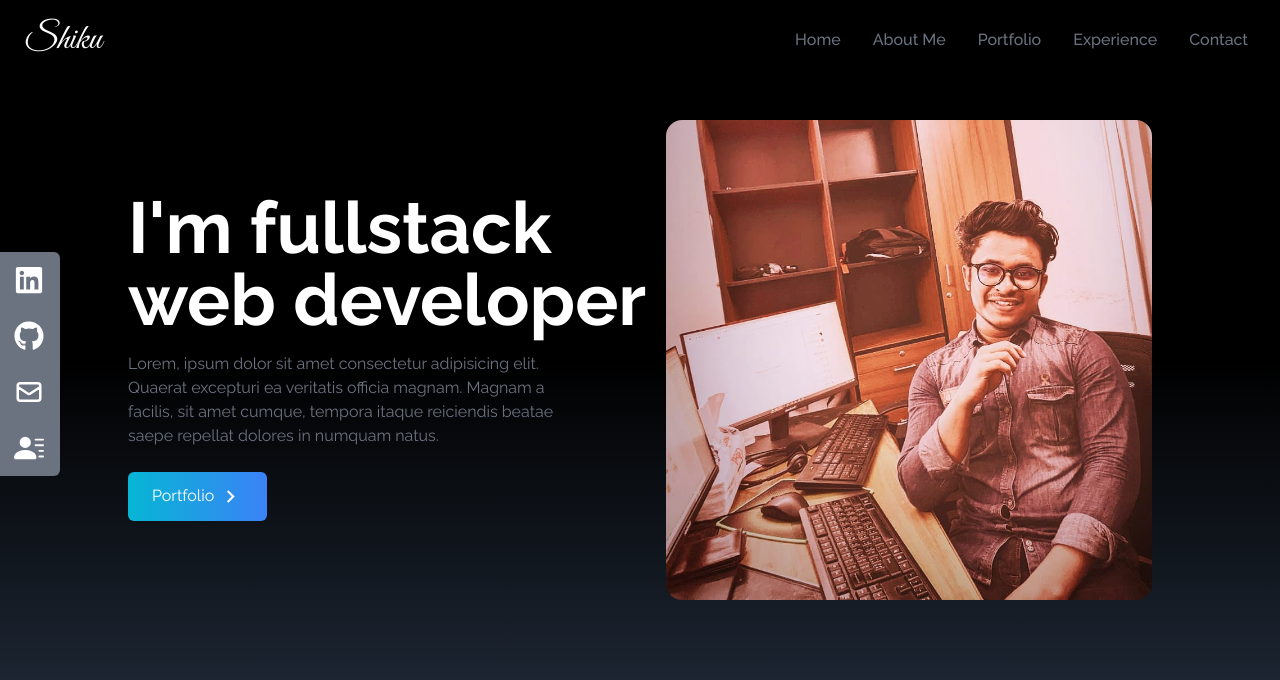
Repository: shikubro90/portfolio2
Page: /
These files come from the project's save history. The page is drawn as it stood at one moment and after a run of saves; the edit follows.
The browser window is 1280 px wide. The pictures show the whole page.
The project was rebuilt for these pictures with package versions that can differ from the ones it lists, and the page was loaded fresh each time. Imported but missing from the stored project, and not drawn on this page: src/assets/CV.pdf.

Above is the page before, as saved 2022-08-25 15:11:32.

### src/index.css
@import url('https://fonts.googleapis.com/css2?family=Raleway:ital,wght@0,200;0,300;0,400;0,500;0,600;0,700;0,800;0,900;1,100;1,200;1,300;1,400;1,500;1,600;1,700;1,800;1,900&display=swap');

@import url('https://fonts.googleapis.com/css2?family=Great+Vibes&display=swap');

@tailwind base;
@tailwind components;
@tailwind utilities;

@layer base{
  html{
    font-family: 'Raleway', sans-serif;
  }
}

### src/App.js
import Home from "./components/Home";
import Navbar from "./components/Navbar";
import SocialMedia from "./components/SocialMedia";


function App() {
  return (
    <div>
      <Navbar/>
      <Home/>
      <SocialMedia/>
    </div>
  );
}

export default App;

### src/components/Home.jsx
import React from 'react'
import heroImage from '../assets/about_me.png'
import {MdOutlineKeyboardArrowRight} from "react-icons/md"

const Home = () => {
  return (
    <div name="home" className='h-screen w-full bg-gradient-to-b from-black via-black to-gray-800 px-4'>
        <div className='max-w-screen-lg mx-auto flex flex-col md:flex-row items-center justify-center h-full'>

            <div className='flex flex-col justify-center text-white'>
                <h1 className='text-4xl sm:text-7xl font-bold'>I'm fullstack web developer</h1>

                <p className='text-gray-500 py-4 max-w-md'>Lorem, ipsum dolor sit amet consectetur adipisicing elit. Quaerat excepturi ea veritatis officia magnam. Magnam a facilis, sit amet cumque, tempora itaque reiciendis beatae saepe repellat dolores in numquam natus.</p>

                <button className='group w-fit flex flex-row items-center px-6 py-3 my-2 rounded-md bg-gradient-to-r from-cyan-500 to-blue-500 cursor-pointer'>
                    Portfolio
                    <span className='group-hover:rotate-90 duration-200'>
                        <MdOutlineKeyboardArrowRight className="ml-1" size={25} />
                    </span>
                </button>

            </div>
            <div>
                <img src={heroImage} alt="heroImage" className='rounded-2xl'/>
            </div>
        </div>
    </div>
  )
}

export default Home

### src/components/Navbar.jsx
import React, { useState } from 'react'
import {FaBars, FaTimes} from 'react-icons/fa'

const Navbar = () => {

  const [nav, setNav] = useState(false)

  const links =[
    {
      id : 1,
      link : "Home"
    },
    {
      id : 2,
      link : "About Me"
    },
    {
      id : 3,
      link : "Portfolio"
    },
    {
      id : 4,
      link : "Experience"
    },
    {
      id : 5,
      link : "Contact"
    },
  ]

  return (
    <div className='bg-black text-white flex justify-between items-center px-4 fixed w-full h-20'>
      <div>
        <h1 className='text-4xl font-signature ml-2'>Shiku</h1>
      </div>

        <ul className='hidden md:flex'>
          {
            links.map((link)=>{
              return(
                <li key={link.id} className='px-4 cursor-pointer capitalize font-medium text-gray-500 hover:scale-105 duration-200 '>
                  {link.link}
                </li>
              )
            })
          }
        </ul>
        <div onClick={()=>{return setNav(!nav)}} className='cursor-pointer pr-10 z-10 text-gray-500 md:hidden'>
          {nav? <FaTimes size={30}/> : <FaBars size={30}/>  }
        </div>

          {nav && (
            <ul className='absolute top-0 left-0 w-full flex flex-col items-center justify-center h-screen bg-gradient-to-b from-black to-gray-800 text-gray-500'>
              {
                links.map(({id, link})=>{
                  return(
                    <li key={id} className='px-4 py-6 text-3xl cursor-pointer capitalize font-medium text-gray-500 hover:scale-105 duration-200 '>
                        {link}
                    </li>
                  )
                })
              }
            </ul>
          )}
    </div>
  )
}

export default Navbar

### src/components/SocialMedia.jsx
import React from 'react'
import {FaGithub, FaLinkedin} from "react-icons/fa"
import {HiOutlineMail} from "react-icons/hi"
import {BsFillPersonLinesFill} from "react-icons/bs"
import resume from '../assets/CV.pdf'

const links = [
    {
        id : 1,
        child : (
            <>
                LinkedIn <FaLinkedin size={30}/>
            </>
        ),
        href : "https://linkedin.com",
        style : 'rounded-tr-md'
    },
    {
        id : 2,
        child : (
            <>
                GitHub <FaGithub size={30}/>
            </>
        ),
        href : "https://github.com/shikubro90?tab=repositories",
    },
    {
        id : 3,
        child : (
            <>
                Mail <HiOutlineMail size={30}/>
            </>
        ),
        href : "mailto:shikubro90@gmail.com",
    },
    {
        id : 4,
        child : (
            <>
                Resume <BsFillPersonLinesFill size={30}/>
            </>
        ),
        href : resume,
        style : 'rounded-br-md',
        download: true
    },
]

const SocialMedia = () => {
  return (
    <div className='text-white flex flex-col fixed top-[35%] left-0'>
        <ul>
            {links.map(({id, child, style, href, download})=>{
                return(
                    <li key={id} className={`flex justify-between items-center ml-[-100px] hover:ml-[-10px] duration-300 hover:rounded-md w-40 bg-gray-500 cursor-pointer h-14 ${style}`}>
                        <a href={href}
                            className='flex justify-between items-center w-full px-4'
                            download={download}
                            rel="noreferrer"
                            target="_blank">
                            {child}
                        </a>
                    </li>
                )
            })}
        </ul>
    </div>
  )
}

export default SocialMedia

### tailwind.config.js
/** @type {import('tailwindcss').Config} */
module.exports = {
  content: [
    "./src/**/*.{js,jsx,ts,tsx}",
  ],
  theme: {
    extend: {},
    fontFamily: {
      signature : ["Great Vibes"],
    }
  },
  plugins: [],
}

Loaded but not shown: public/index.html (common file); src/index.js (common file)

After the next 2 saves:
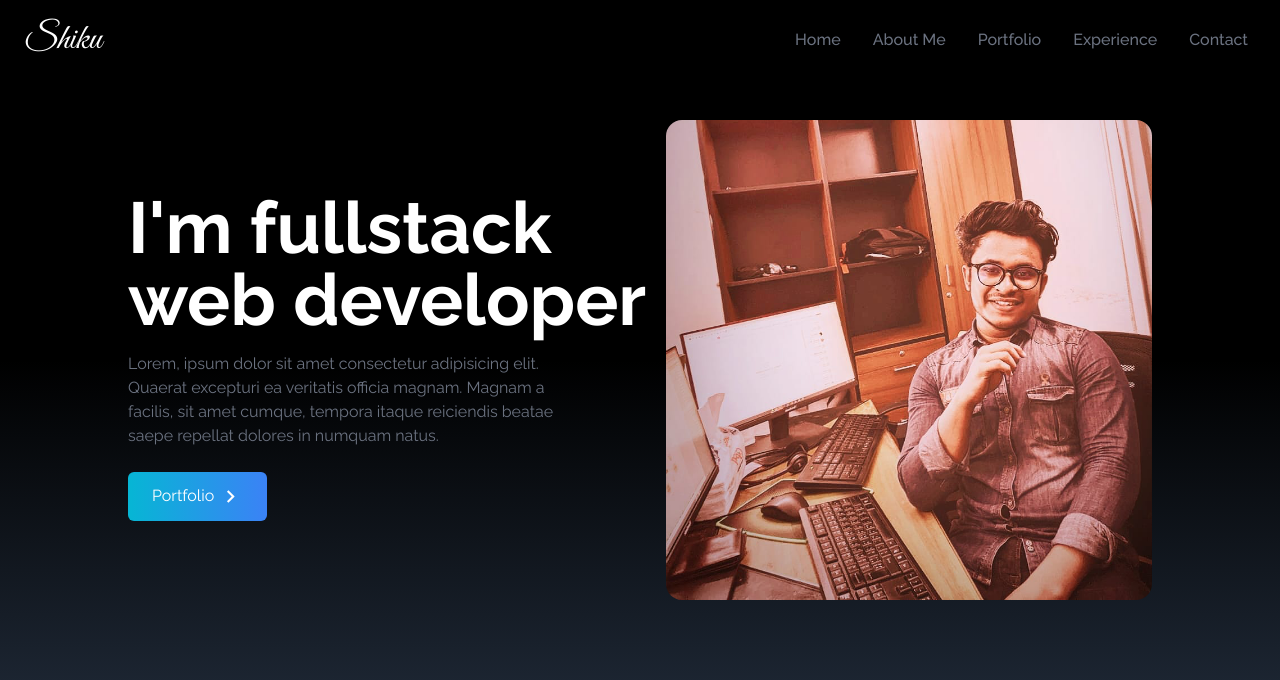
The 2 saves are shown as one change because they came seconds apart.
The last was saved 81 s later.
--- a/src/components/SocialMedia.jsx
+++ b/src/components/SocialMedia.jsx
@@ -48,7 +48,7 @@
 
 const SocialMedia = () => {
   return (
-    <div className='text-white flex flex-col fixed top-[35%] left-0'>
+    <div className='hidden text-white flex flex-col fixed top-[35%] left-0'>
         <ul>
             {links.map(({id, child, style, href, download})=>{
                 return(

After the 4 saves that followed:
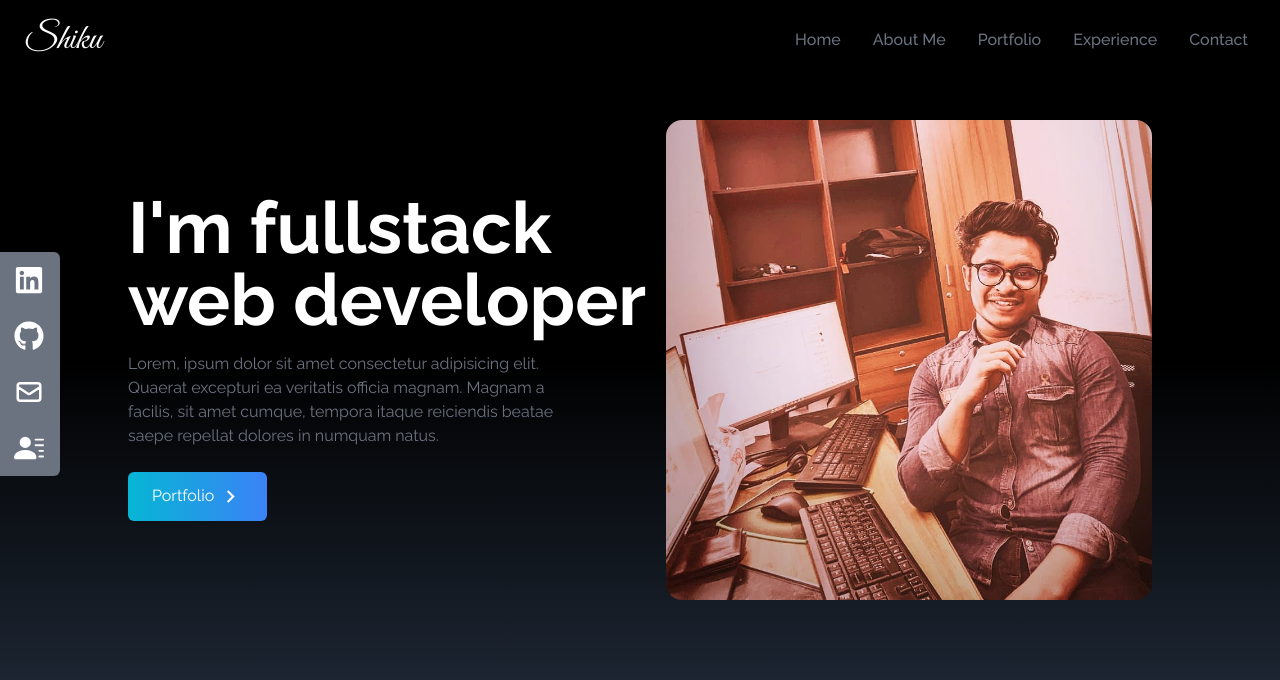
The 4 saves are shown as one change because 1 left the picture as it was and some came seconds apart.
The last was saved 30 s later.
--- a/src/components/SocialMedia.jsx
+++ b/src/components/SocialMedia.jsx
@@ -48,7 +48,7 @@
 
 const SocialMedia = () => {
   return (
-    <div className='hidden text-white flex flex-col fixed top-[35%] left-0'>
+    <div className='hidden lg:flex text-white flex flex-col fixed top-[35%] left-0'>
         <ul>
             {links.map(({id, child, style, href, download})=>{
                 return(
